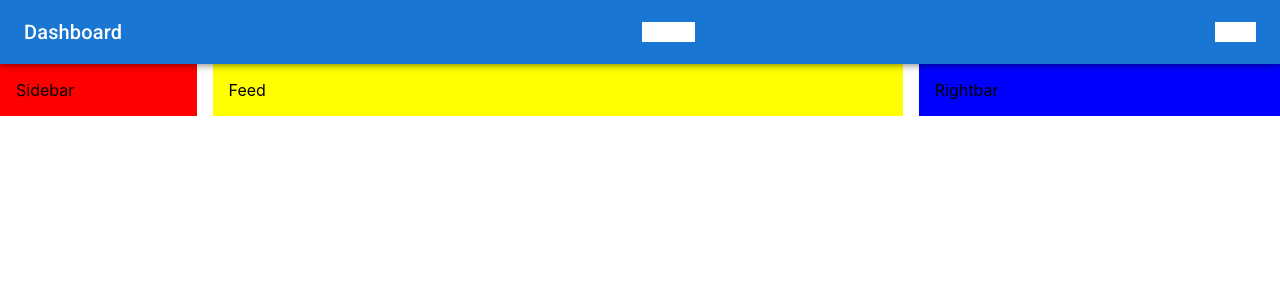
Repository: abubaker-cs/mui5_dashboard
Page: /
These files come from the project's save history. The page is drawn as it stood at one moment and after the next save; the edit follows.
The browser window is 1280 px wide. The pictures show the whole page.
The project was rebuilt for these pictures with package versions that can differ from the ones it lists, and the page was loaded fresh each time. Also part of the build but not shown: src/App.css.

Above is the page before, as saved 2022-07-17 06:00:53.

After the next save:
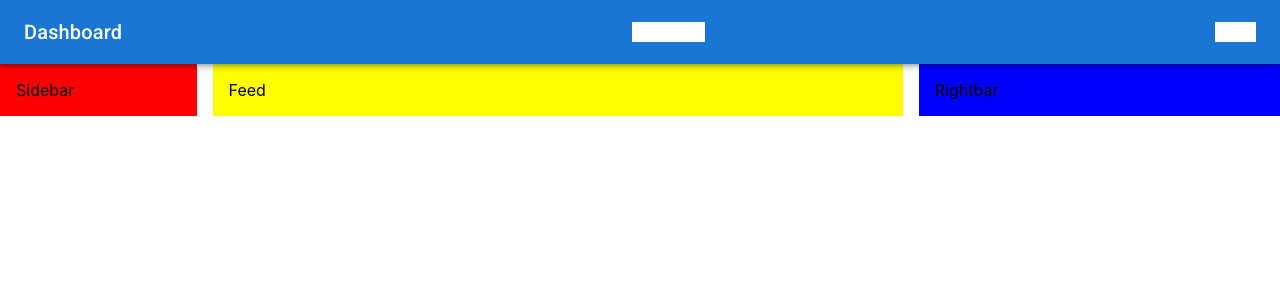
Saved 52 s later.
--- a/src/components/Navbar.jsx
+++ b/src/components/Navbar.jsx
@@ -11,6 +11,7 @@ const StyledToolbar = styled(Toolbar)({
 //
 const Search = styled("div")(({ theme }) => ({
   backgroundColor: "white",
+  padding: "0 10px",
 }));
 
 const Icons = styled(Box)(({ theme }) => ({
